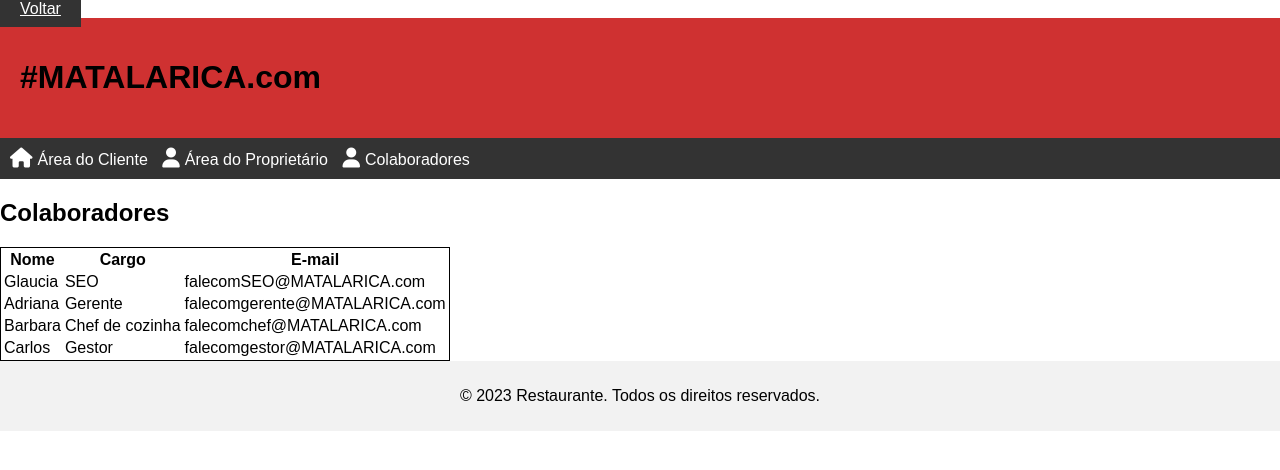
Repository: eupordias/frontarnia
Page: AULA 06/RESTAURANTE/colaboradores.html
An editor plug-in stored every save of this project. The page is shown before and after the next save, followed by the edit.
The browser window is 1280 px wide. The pictures show the whole page.
Some web libraries are served in a nearby version.

Above is the page before, as saved 2023-08-09 22:52:30.

After the next save:
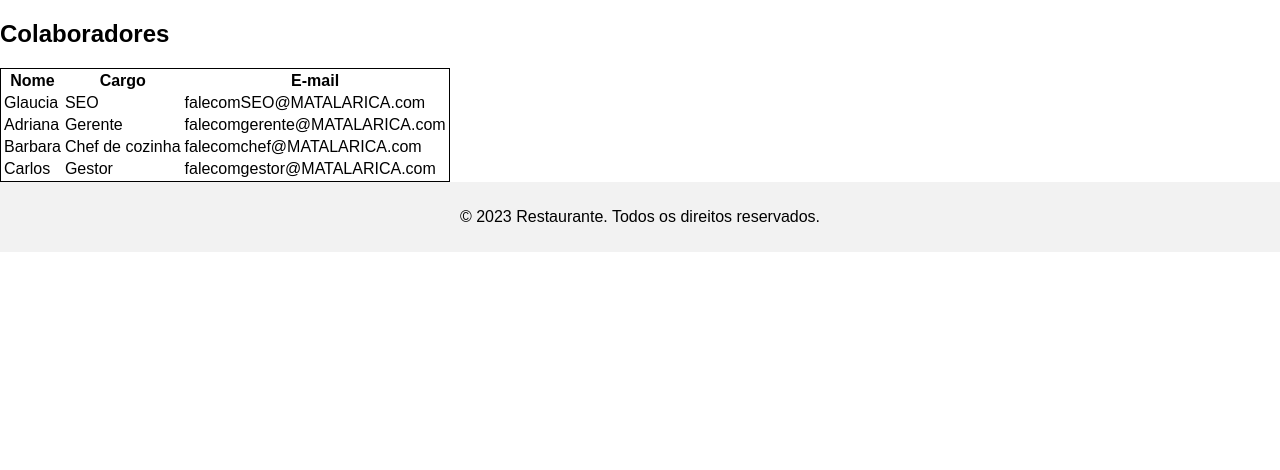
Saved 4 s later.
--- a/AULA 06/RESTAURANTE/colaboradores.html
+++ b/AULA 06/RESTAURANTE/colaboradores.html
@@ -5,24 +5,6 @@
     <link rel="stylesheet" href="styles.css" />
   </head>
 
-  <body>
-    <a href="index.html" class="button">Voltar</a>
-    <header>
-      <script
-        src="https://kit.fontawesome.com/fdbd215997.js"
-        crossorigin="anonymous"
-      ></script>
-      <h1>#MATALARICA.com</h1>
-    </header>
-    <nav>
-      <a href="cliente.html"><i class="icon fas fa-home"></i>Área do Cliente</a>
-      <a href="proprietario.html"
-        ><i class="icon fas fa-user"></i>Área do Proprietário</a
-      >
-      <a href="colaboradores.html"
-        ><i class="icon fas fa-user"></i>Colaboradores</a
-      >
-    </nav>
 
     <h2>Colaboradores</h2>
 
